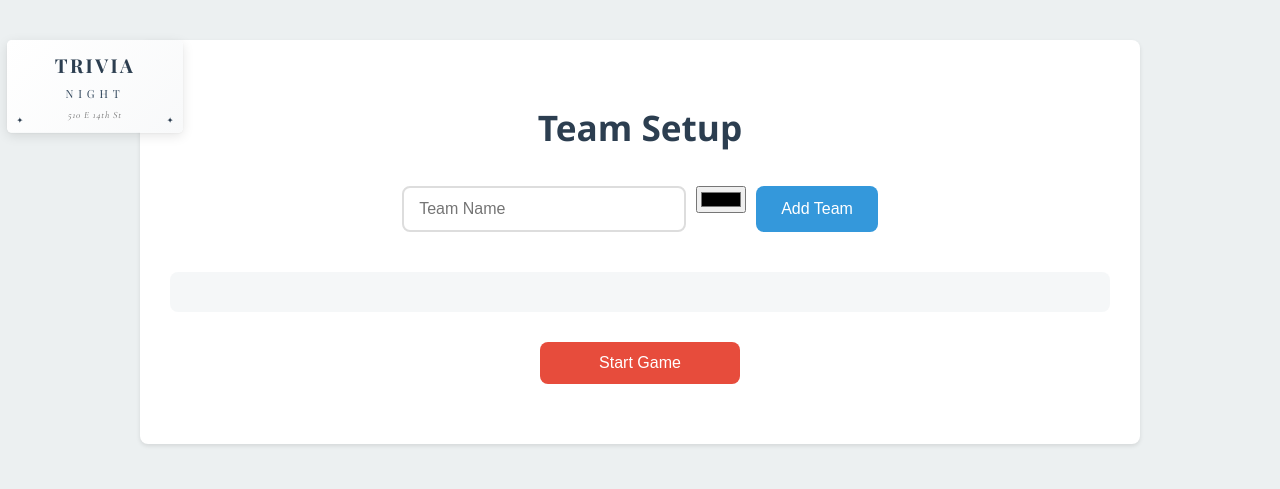
Repository: oscarfco/oscarfco.github.io
Page: projects/trivia_night/index.html
An editor plug-in stored every save of this project. The page is shown before and after the next save, followed by the edit.
The browser window is 1280 px wide. The pictures show the whole page.

Above is the page before, as saved 2025-01-26 01:04:49.

After the next save:
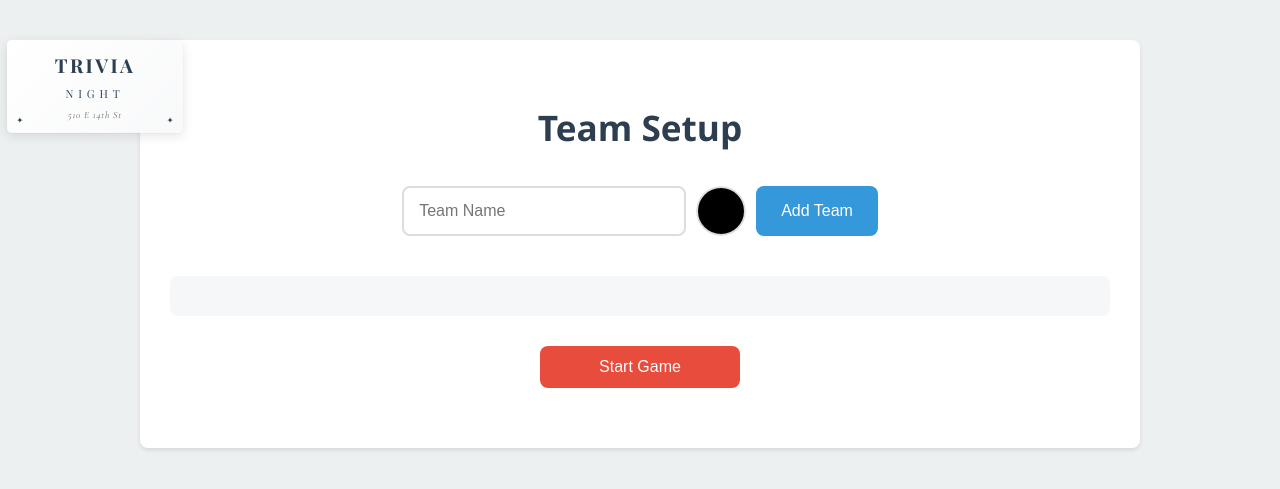
Saved 52 s later.
--- a/projects/trivia_night/index.html
+++ b/projects/trivia_night/index.html
@@ -676,6 +676,47 @@
             gap: 10px;
             justify-content: center;
             flex-wrap: wrap;
+        }
+
+        .team-input-container input[type="color"] {
+            width: 50px;
+            height: 50px;
+            padding: 0;
+            border: none;
+            border-radius: 25px;
+            cursor: pointer;
+            background: none;
+        }
+
+        .team-input-container input[type="color"]::-webkit-color-swatch-wrapper {
+            padding: 0;
+            border-radius: 25px;
+        }
+
+        .team-input-container input[type="color"]::-webkit-color-swatch {
+            border: 2px solid #ddd;
+            border-radius: 25px;
+        }
+
+        #teamImageInput {
+            display: none;
+        }
+
+        .image-upload-label {
+            background-color: var(--secondary-color);
+            color: white;
+            padding: 12px 25px;
+            border-radius: var(--border-radius);
+            cursor: pointer;
+            font-size: 16px;
+            font-weight: 500;
+            transition: all 0.3s ease;
+        }
+
+        .image-upload-label:hover {
+            background-color: #2980b9;
+            transform: translateY(-2px);
+            box-shadow: 0 4px 8px rgba(0,0,0,0.1);
         }
 
         .upload-success {
